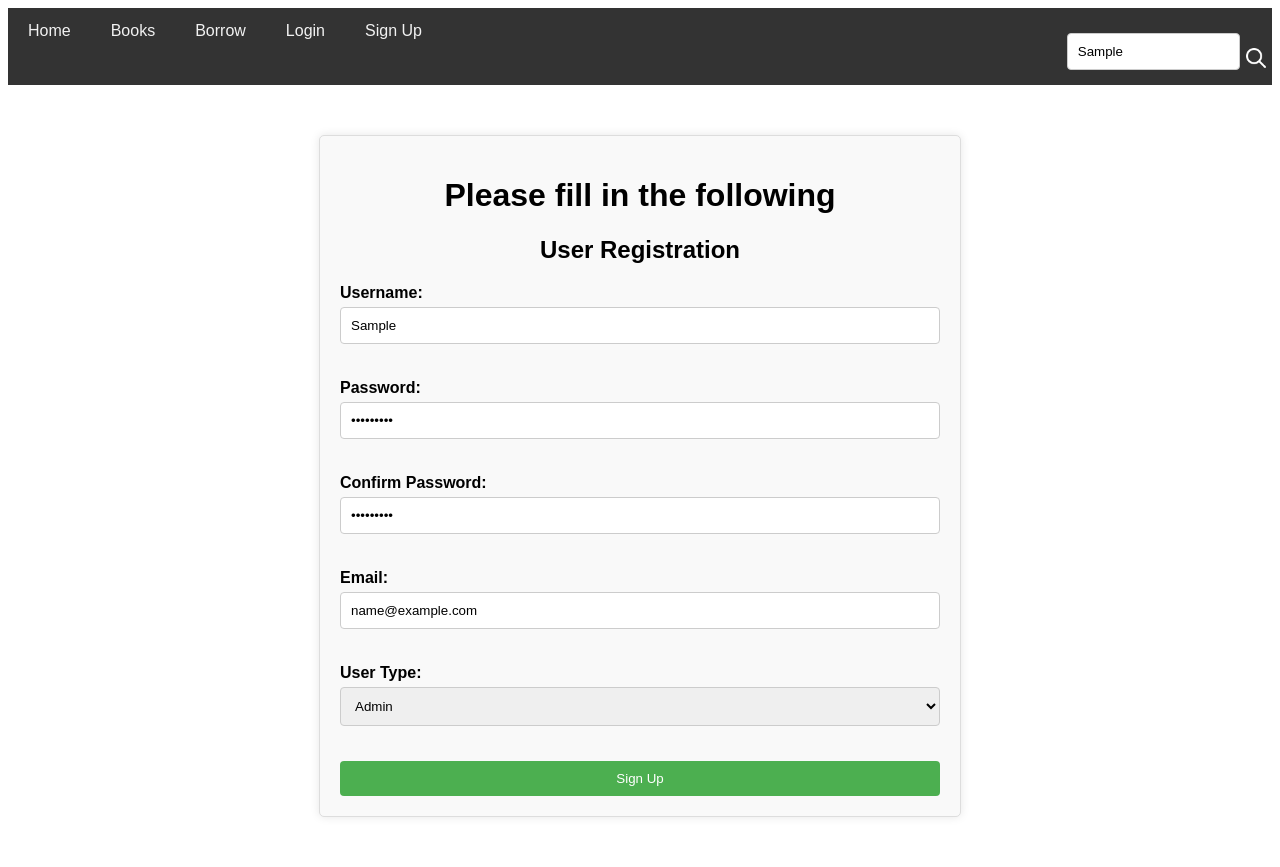
Repository: fadyesk12/Web-Technology-Course-Project
Page: auth/signup.html
The author's editor kept a copy of each file at every save. The page is drawn from the files as they stood at one save, then again after a run of saves.
The browser window is 1280 px wide. The pictures show the whole page.
Empty fields were first filled with sample values (such as "Sample", 5 or name@example.com).
After loading, the first visible `#userForm` was submitted once.

Above is the page before, as saved 2024-04-20 02:57:27.

### auth/signup.html
<!DOCTYPE html>
<html lang="en">
     <head>
       <meta charset="UTF-8">
       <meta name="viewport" content="width=device-width, initial-scale=1.0">
       <title>User Registration</title>
       <link rel="stylesheet" href="../Styling/signup.css">
      </head>
      <body>
           <div id="navbar">
             <a href="../index.html">Home</a>
             <a href="../book_list.html">Books</a>
             <a href="../borrow.html">Borrow</a>
             <a href="../auth/login.html">Login</a>
             <a href="../auth/signup.html">Sign Up</a>
             <div class ="search">
               <form action="" method="get">
                 <input type="text" placeholder="Search...">
                 <button type="submit"><img src="../PICS/search.png"></button>
                </form>
              </div>
            </div>

            <div class="container">
             <h1>Please fill in the following</h1>
             <h2>User Registration</h2>
             <form id="userForm">
               <div class="form-group">
                 <label for="username">Username:</label>
                 <input type="text" id="username" name="username" required>
               </div>
               <div class="form-group">
                 <label for="password">Password:</label>
                 <input type="password" id="password" name="password" required>
               </div>
               <div class="form-group">
                 <label for="confirmPassword">Confirm Password:</label>
                 <input type="password" id="confirmPassword" name="confirmPassword" required>
               </div>
               <div class="form-group">
                 <label for="email">Email:</label>
                 <input type="email" id="email" name="email" required>
               </div>
               <div class="form-group">
                 <label for="usertype">User Type:</label>
                 <select id="usertype" name="usertype" required>
                   <option value="admin">Admin</option>
                   <option value="user">User</option>
                 </select>
               </div>
               <input type="submit" value="Sign Up">
             </form>
           </div>
           <script src="../JavaScript/signup.js"></script>
       </body>
</html>

### Styling/signup.css
#navbar {
    overflow: hidden;
    background-color: #333;
  }

  #navbar a {
    float: left;
    display: block;
    color: #f2f2f2;
    text-align: center;
    padding: 14px 20px;
    text-decoration: none;
  }

  #navbar a:hover {
    background-color: #ddd;
    color: black;
  }

  body {
    font-family: Arial, sans-serif;
  }

  .container {
    max-width: 600px;
    margin: 50px auto;
    padding: 20px;
    border: 1px solid #ddd;
    border-radius: 5px;
    background-color: #f9f9f9;
    box-shadow: 0 0 10px rgba(0, 0, 0, 0.1);
  }

  .form-group {
    margin-bottom: 20px;
  }

  label {
    display: block;
    font-weight: bold;
    margin-bottom: 5px;
  }

  h1, h2 {
    text-align: center;
  }

  form {
    margin-top: 20px;
  }


  input[type="text"],
  input[type="password"],
  input[type="email"],
  select {
    width: 100%;
    padding: 10px;
    margin-bottom: 15px;
    border: 1px solid #ccc;
    border-radius: 4px;
    box-sizing: border-box;
  }

  input[type="submit"] {
    width: 100%;
    background-color: #4CAF50;
    color: #fff;
    padding: 10px 20px;
    border: none;
    border-radius: 4px;
    cursor: pointer;
  }

  input[type="submit"]:hover {
    background-color: #45a049;
  }

  .search{
    margin-top: 5px;
    float:right;
    }

   .search input{
    width:75%;
    }

   .search img{
    width: 20px;
    }

   .search button{
    background-color: #333;
    border: 0;
    }

    .search form{
        display: flex;
        align-items: center;
        justify-content: right;
      }

### JavaScript/signup.js
document.addEventListener('DOMContentLoaded', function() {
  // Get the form element
  var form = document.getElementById('userForm');



  // Attach an event listener for the form submission
  form.addEventListener('submit', function(event) {
      event.preventDefault();

      // Get the username and user type from the form
      var userName = document.getElementById('username');
      var userType = document.getElementById('usertype');

      // Create an object to store the user's information
      var userInfo = {
          userName: userName.value,
          userType: userType.value
      };

      // Convert the userInfo object to a JSON string
      var userInfoString = JSON.stringify(userInfo);

      // Store the JSON string in local storage
      localStorage.setItem('userInfo', userInfoString);

      alert('Your name and user type have been saved: ' + userName.value);
  });
  form.clea
});

After the next 3 saves:
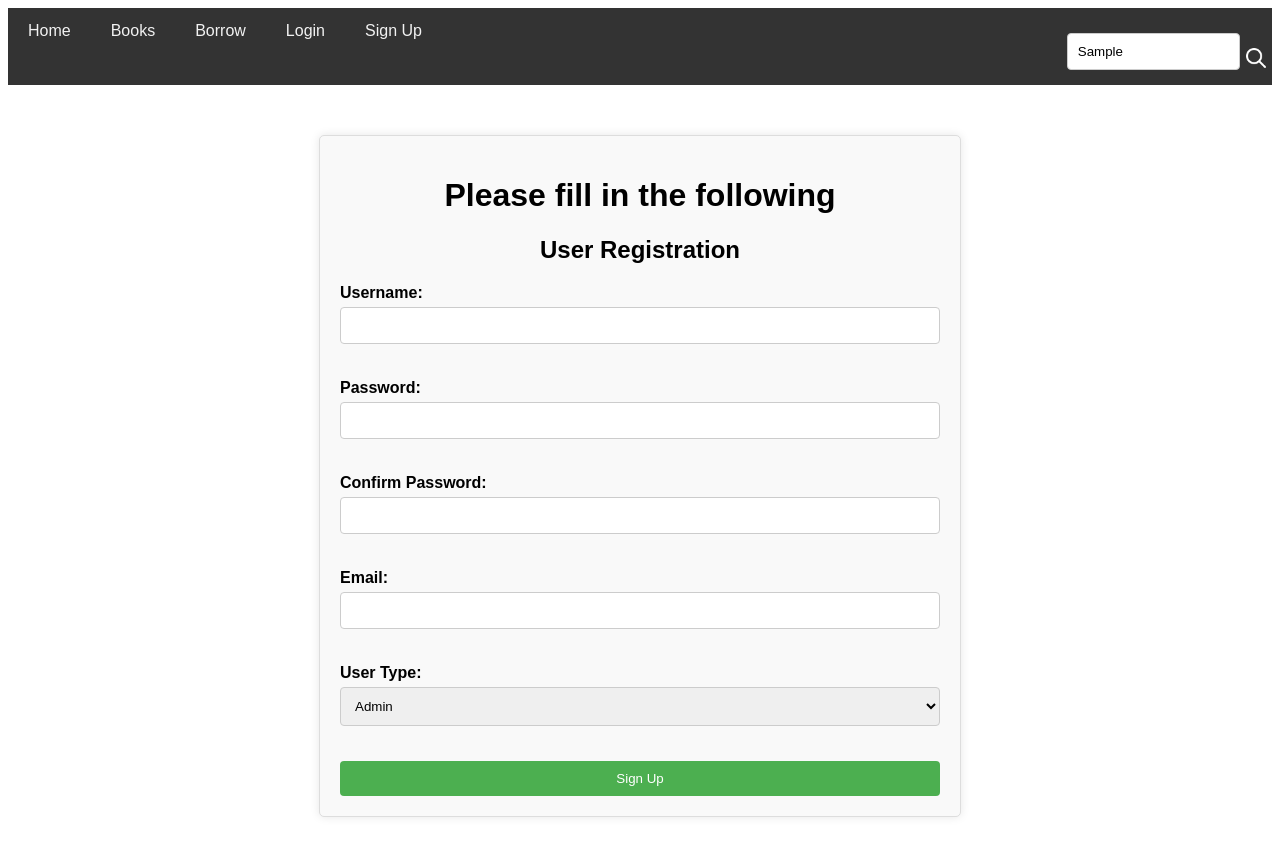
The 3 saves are shown as one change because they came seconds apart.
The last was saved 44 s later.
--- a/JavaScript/signup.js
+++ b/JavaScript/signup.js
@@ -25,6 +25,7 @@ document.addEventListener('DOMContentLoaded', function() {
       localStorage.setItem('userInfo', userInfoString);
 
       alert('Your name and user type have been saved: ' + userName.value);
+
+      form.reset();
   });
-  form.clea
 });
